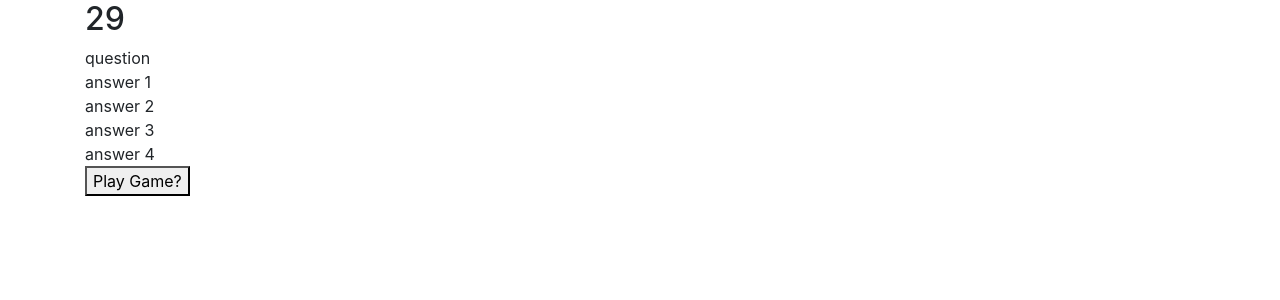
Repository: dsaftler/Trivia
Page: index.html
An editor plug-in stored every save of this project. The page is shown before and after the next save, followed by the edit.
The browser window is 1280 px wide. The pictures show the whole page.
After loading, the first visible `#newGame` was clicked once.

Above is the page before, as saved 2019-04-12 18:59:43.

After the next save:
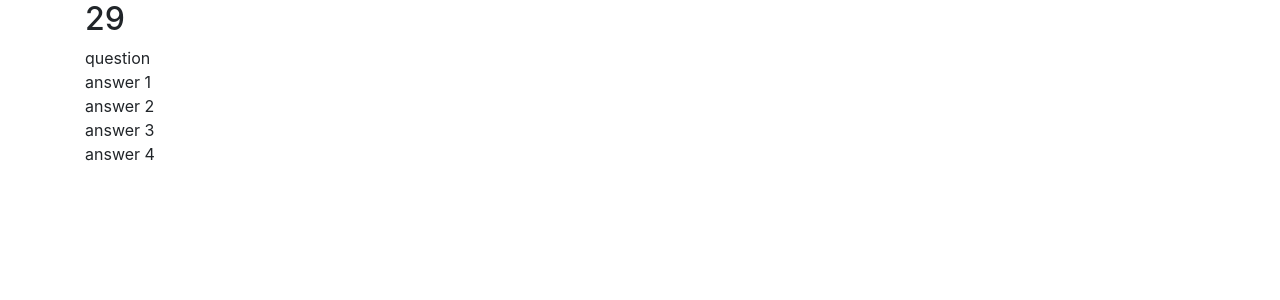
Saved 118 s later.
--- a/assets/javascript/app.js
+++ b/assets/javascript/app.js
@@ -62,7 +62,7 @@ function initGame() {
   seconds = 30;
   GameState = States.PLAYING;
 
-  $("newGame").hide();
+  document.getElementById("newGame").style.display = "none";
 
   showTime();
   newQuestion();
